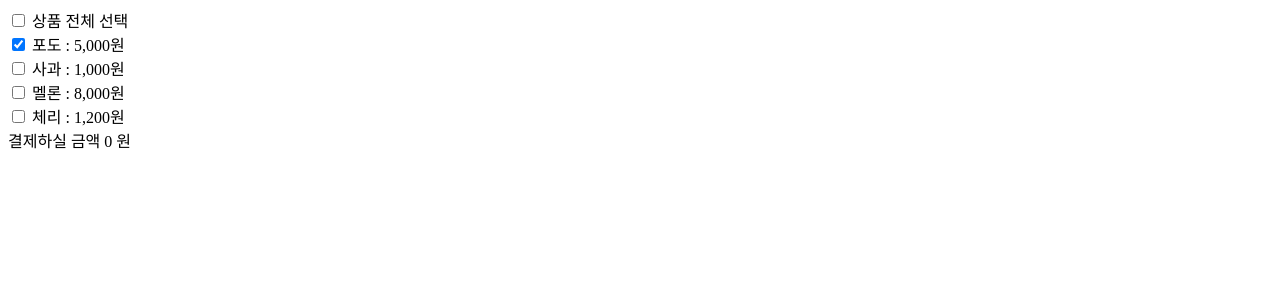
Repository: kimkeng/BackendClass
Page: example/src/main/webapp/js04.html
The author's editor kept a copy of each file at every save. The page is drawn from the files as they stood at one save, then again after the next save.
The browser window is 1280 px wide. The pictures show the whole page.
After loading, the first visible `#a1` was clicked once.

Above is the page before, as saved 2023-08-18 03:43:50.

After the next save:
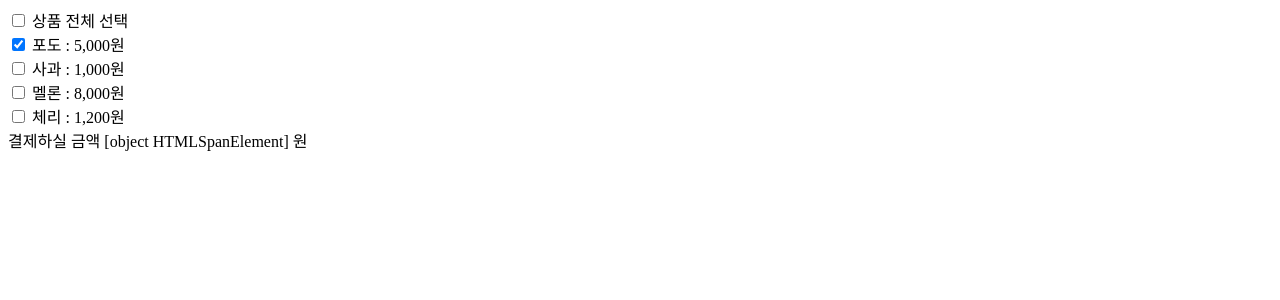
Saved 65 s later.
--- a/example/src/main/webapp/js04.html
+++ b/example/src/main/webapp/js04.html
@@ -33,7 +33,8 @@
 		}else{
 			totalsum -= Number(v);
 		}
-		console.log(totalsum);
+		document.getElementById("total").innerText = total;
+
 	}
 
 

After the save that followed:
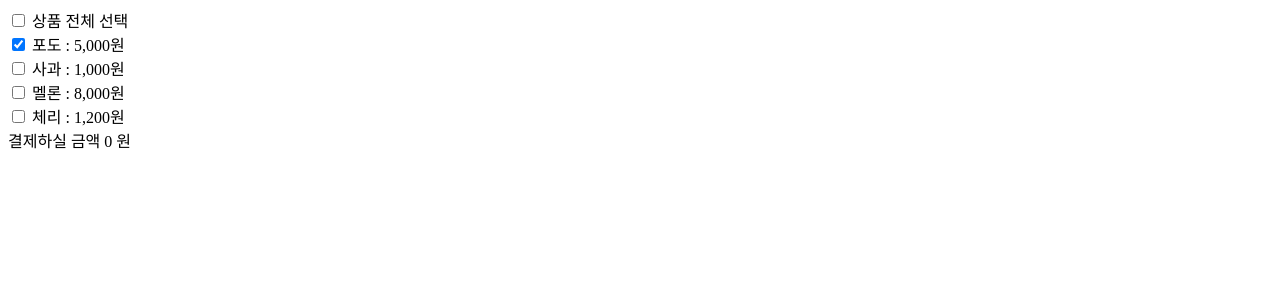
Console error: TypeError: Cannot set properties of null (setting 'innerText')
Saved 12 s later.
--- a/example/src/main/webapp/js04.html
+++ b/example/src/main/webapp/js04.html
@@ -33,7 +33,7 @@
 		}else{
 			totalsum -= Number(v);
 		}
-		document.getElementById("total").innerText = total;
+		document.getElementById("totalsum").innerText = total;
 
 	}
 
